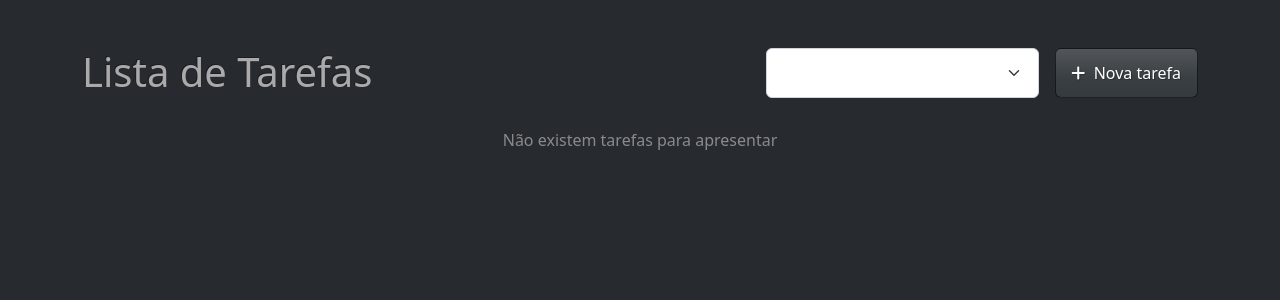
Repository: cargugati/lista_tarefas
Page: frontEnd/index.html
These files come from the project's save history. The page is drawn as it stood at one moment and after the next save; the edit follows.
The browser window is 1280 px wide. The pictures show the whole page.

Above is the page before, as saved 2023-03-16 10:29:43.

After the next save:
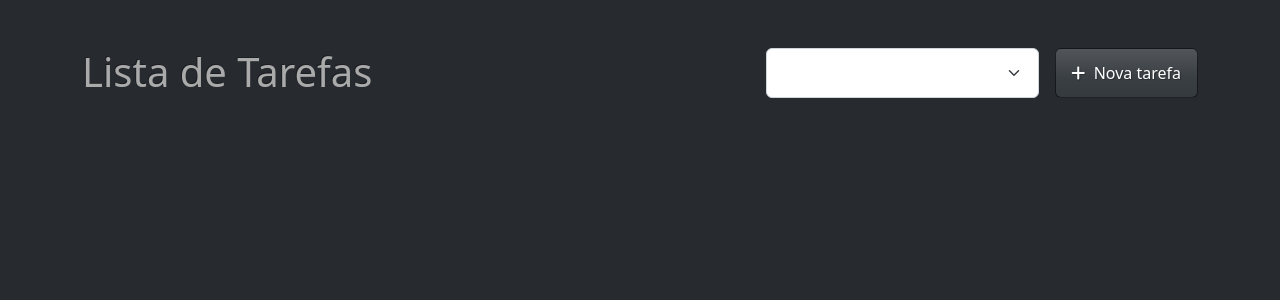
Saved 87 s later.
--- a/frontEnd/index.html
+++ b/frontEnd/index.html
@@ -28,7 +28,7 @@
       </div>
     </div>
 
-    <div class="row" id="no_tasks">
+    <div class="row d-none" id="no_tasks">
       <div class="col text-center">
       <span class="opacity-75">Não existem tarefas para apresentar</span>
       </div>
